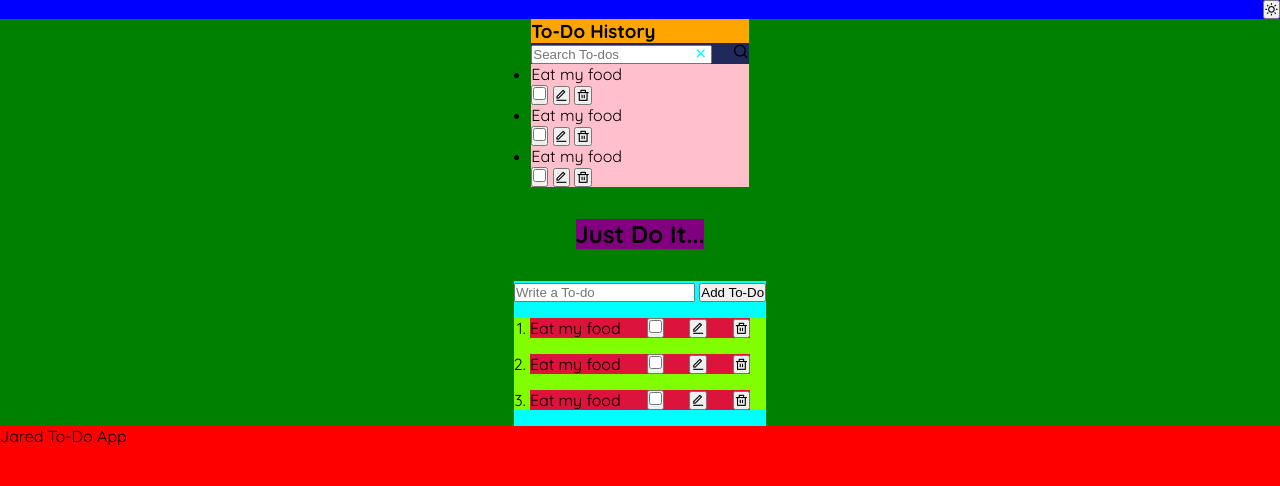
Repository: EguJaredoBoyd/Jared-ToDo-App
Page: main.html
The author's editor kept a copy of each file at every save. The page is drawn from the files as they stood at one save, then again after the next save.
The browser window is 1280 px wide. The pictures show the whole page.
Some web libraries are served in a nearby version.

Above is the page before, as saved 2025-12-23 17:49:24.
Not found: js/to-do.j

### main.html
<!DOCTYPE html>
<html lang="en">
  <head>
    <meta charset="UTF-8" />
    <meta name="viewport" content="width=device-width, initial-scale=1.0" />
    <title>Document</title>
    <link
      href="https://cdn.jsdelivr.net/npm/remixicon@4.7.0/fonts/remixicon.css"
      rel="stylesheet"
    />
    <link rel="preconnect" href="https://fonts.googleapis.com" />
    <link rel="preconnect" href="https://fonts.gstatic.com" crossorigin />
    <link
      href="https://fonts.googleapis.com/css2?family=Quicksand:wght@300..700&display=swap"
      rel="stylesheet"
    />
    <link rel="stylesheet" href="./css/main.css" />
    <script src="./js/to-do.j" defer></script>
  </head>

  <body>
    <div class="body__todo-wrapper">
      <header>
        <button><i class="ri-sun-line"></i></button>
      </header>

      <main>
        <section class="todo-history">
          <div>
            <h3>To-Do History</h3>
          </div>
          <div class="todo-history__icon">
            <div>
              <input type="text" placeholder="Search To-dos " />
              <i class="ri-close-line"></i>
            </div>
            <i class="ri-search-line"></i>
          </div>
          <div>
            <ul>
              <div class="ul__list">
                <li>Eat my food</li>
                <button>
                  <input type="checkbox" name="checkbox" id="checkbox" />
                </button>
                <button><i class="ri-edit-line"></i></button>
                <button><i class="ri-delete-bin-line"></i></button>
              </div>
              <div class="ul__list">
                <li>Eat my food</li>
                <button>
                  <input type="checkbox" name="checkbox" id="checkbox" />
                </button>
                <button><i class="ri-edit-line"></i></button>
                <button><i class="ri-delete-bin-line"></i></button>
              </div>
              <div class="ul__list">
                <li>Eat my food</li>
                <button>
                  <input type="checkbox" name="checkbox" id="checkbox" />
                </button>
                <button><i class="ri-edit-line"></i></button>
                <button><i class="ri-delete-bin-line"></i></button>
              </div>
            </ul>
          </div>
        </section>

        <section class="todo-title">
          <div>
            <h2>Just Do It...</h2>
          </div>
        </section>

        <section class="todo-add-task">
          <div class="To-Do">
            <input type="text" id="to-do" placeholder="Write a To-do" />
            <button id="add-task">Add To-Do</button>

            <ol id="task-show" class="task-list">
              <div class="ol__list">
                <li>Eat my food</li>
                <button>
                  <input type="checkbox" name="checkbox" id="checkbox" />
                </button>
                <button><i class="ri-edit-line"></i></button>
                <button><i class="ri-delete-bin-line"></i></button>
              </div>
              <div class="ol__list">
                <li>Eat my food</li>
                <button>
                  <input type="checkbox" name="checkbox" id="checkbox" />
                </button>
                <button><i class="ri-edit-line"></i></button>
                <button><i class="ri-delete-bin-line"></i></button>
              </div>
              <div class="ol__list">
                <li>Eat my food</li>
                <button>
                  <input type="checkbox" name="checkbox" id="checkbox" />
                </button>
                <button><i class="ri-edit-line"></i></button>
                <button><i class="ri-delete-bin-line"></i></button>
              </div>
            </ol>
          </div>
        </section>
      </main>

      <footer>
        <div>Jared To-Do App</div>
      </footer>
    </div>
  </body>
</html>

### css/main.css
*,
*::before,
*::after {
  box-sizing: border-box;
  margin: 0;
  padding: 0;
}

:root {
  /* My project colours to use */
  --primary-color: #21295c;
  --secondary-color: #ffffff;

  /* My font size to use */
  --font-base: 16px;

  /* My spaces to use */
}

html {
  font-size: var(--font-base);
}

body {
  font-family: "Quicksand", sans-serif;
  background-color: red;
  max-width: 100vw;
  max-height: 100vh;
}

.body__todo-wrapper header {
  display: flex;
  justify-content: end;
  align-items: center;
  background-color: blue;
}

main {
  display: flex;
  flex-direction: column;
  justify-content: center;
  align-items: center;
  background-color: green;
  gap: 2rem;
  width: 100vw;
  max-width: 100vw;
}

.todo-history {
  position: relative;
  background-color: orange;
}

.todo-history__icon {
  display: flex;
  background-color: #21295c;
}

.ri-close-line {
  position: relative;
  right: 1.5rem;
  color: aqua;
}

.ul__list {
  background-color: pink;
}

.todo-title {
  background-color: purple;
}

.todo-add-task {
  background-color: aqua;
}

.task-list {
  background-color: chartreuse;
}

.ol__list {
  display: flex;
  justify-content: space-between;
  align-items: center;
  margin: 1rem;
  background-color: crimson;
}

After the next save:
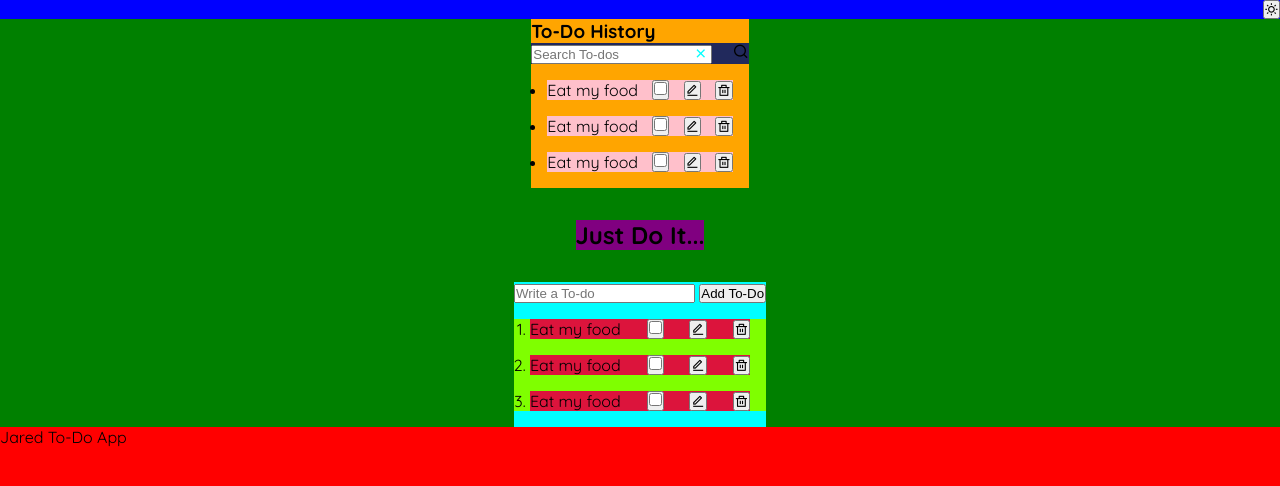
Saved 34 s later.
--- a/css/main.css
+++ b/css/main.css
@@ -63,6 +63,10 @@ main {
 }
 
 .ul__list {
+  display: flex;
+  justify-content: space-between;
+  align-items: center;
+  margin: 1rem;
   background-color: pink;
 }
 
